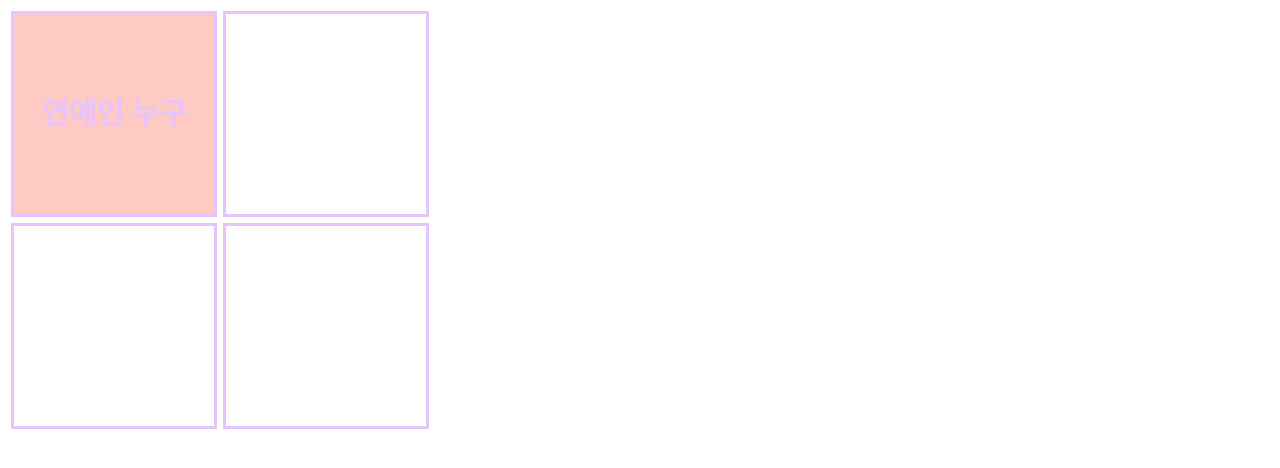
Repository: hojohe/bit-java
Page: 07_css/WebContent/99_exam/exam02.html
The author's editor kept a copy of each file at every save. The page is drawn from the files as they stood at one save, then again after the next save.
The browser window is 1280 px wide. The pictures show the whole page.

Above is the page before, as saved 2017-01-25 05:17:35.

After the next save:
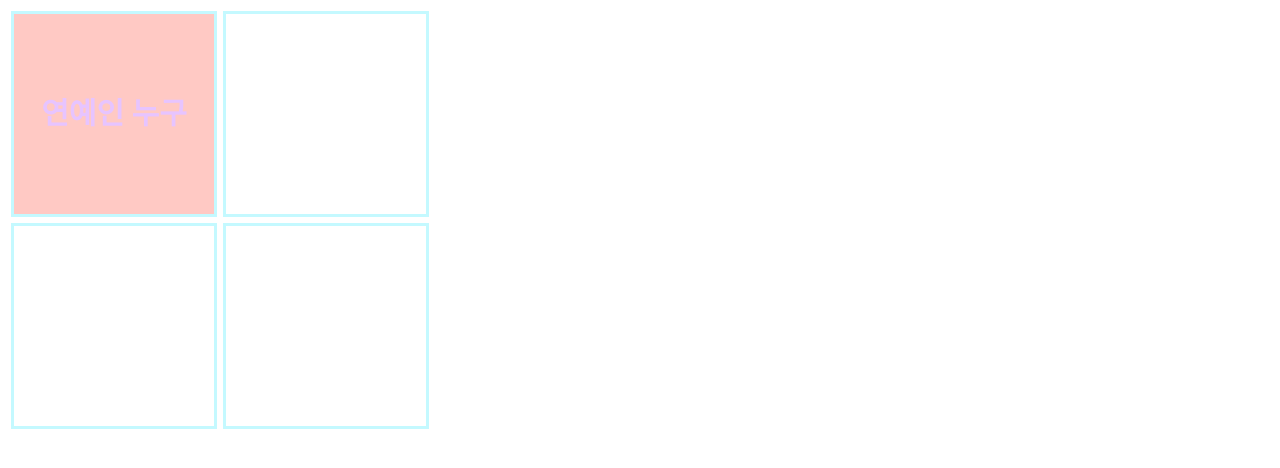
Saved 16 s later.
--- a/07_css/WebContent/99_exam/exam02.html
+++ b/07_css/WebContent/99_exam/exam02.html
@@ -8,7 +8,7 @@
 	div {
 		width: 200px;
 		height: 200px;
-		border: 3px solid #E6C4FF;
+		border: 3px solid #C4F9FF;
 		float: left;
 		margin: 3px 3px;
 	}
